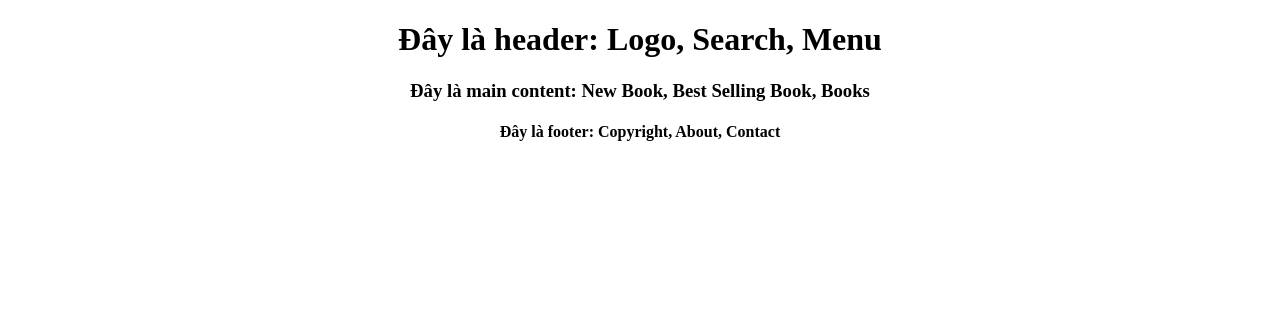
Repository: tranky1992/tranky1992.github.io
Page: http://localhost/BookStoreWebsite/
These files come from the project's save history. The page is drawn as it stood at one moment and after the next save; the edit follows.
The browser window is 1280 px wide. The pictures show the whole page.
The page is served by Tomcat 9. Other server files are loaded and not shown.

Above is the page before, as saved 2020-10-01 09:03:45.

### BookStoreWebsite/WebContent/frontend/index.jsp
<%@ page language="java" contentType="text/html; charset=UTF-8" pageEncoding="UTF-8"%>
<!DOCTYPE html PUBLIC "-//W3C//DTD HTML 4.01 Transitional//EN" "http://www.w3.org/TR/html4/loose.dtd">
<html>
<head>
<meta http-equiv="Content-Type" content="text/html; charset=UTF-8">
<title>STB Books - Online Books Store	</title>
</head>
<body>
	<div align="center">
		<h1>Đây là header: Logo, Search, Menu</h1>
	</div>
	<div align="center">
		<h3>Đây là main content: New Book, Best Selling Book, Books</h3>
	</div>
	<div align="center">
		<h4>
			Đây là footer: Copyright, About, Contact
		</h4>
	</div>
</body>
</html>

### BookStoreWebsite/src/com/bookstore/controller/frontend/HomeServlet.java
package com.bookstore.controller.frontend;

import java.io.IOException;

import javax.servlet.RequestDispatcher;
import javax.servlet.ServletException;
import javax.servlet.annotation.WebServlet;
import javax.servlet.http.HttpServlet;
import javax.servlet.http.HttpServletRequest;
import javax.servlet.http.HttpServletResponse;


@WebServlet("")
public class HomeServlet extends HttpServlet {
	private static final long serialVersionUID = 1L;

    public HomeServlet() {
        super();

    }


	protected void doGet(HttpServletRequest request, HttpServletResponse response) throws ServletException, IOException {
		String homepage = "frontend/index.jsp";
		RequestDispatcher dispatcher = request.getRequestDispatcher(homepage);
		dispatcher.forward(request, response);
	}


}

After the next save:
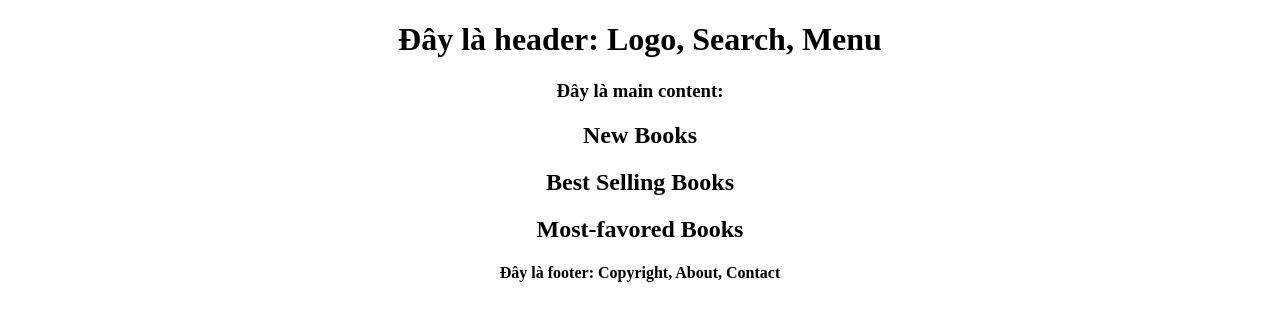
Saved 3 min 15 s later.
--- a/BookStoreWebsite/WebContent/frontend/index.jsp
+++ b/BookStoreWebsite/WebContent/frontend/index.jsp
@@ -10,7 +10,10 @@
 		<h1>Đây là header: Logo, Search, Menu</h1>
 	</div>
 	<div align="center">
-		<h3>Đây là main content: New Book, Best Selling Book, Books</h3>
+		<h3>Đây là main content: </h3>
+		<h2>New Books</h2>
+		<h2>Best Selling Books</h2>
+		<h2>Most-favored Books</h2>
 	</div>
 	<div align="center">
 		<h4>
